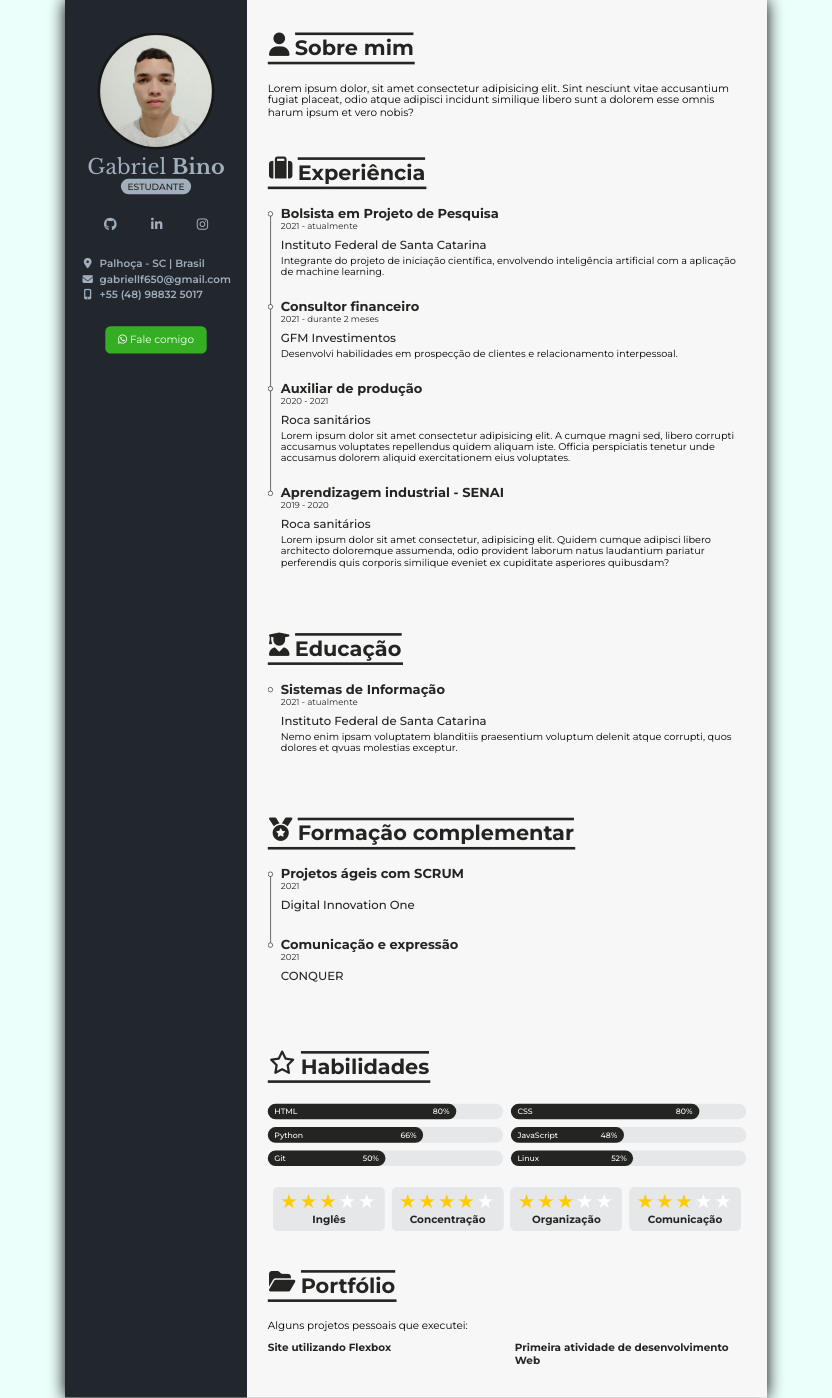
Repository: gabrielbino/curriculoResponsivo
Page: index.html
These files come from the project's save history. The page is drawn as it stood at one moment and after the next save; the edit follows.
The browser window is 1280 px wide. The pictures show the whole page, at 65% of full size.
Some web libraries are served in a nearby version.

Above is the page before, as saved 2021-10-20 23:14:08.

### index.html
<!DOCTYPE html>
<html lang="pt-br">
  <head>
    <meta charset="UTF-8" />
    <meta name="viewport" content="width=device-width, initial-scale=1" />
    <link
      rel="stylesheet"
      href="https://cdnjs.cloudflare.com/ajax/libs/normalize/8.0.1/normalize.min.css"
      integrity="sha512-NhSC1YmyruXifcj/KFRWoC561YpHpc5Jtzgvbuzx5VozKpWvQ+4nXhPdFgmx8xqexRcpAglTj9sIBWINXa8x5w=="
      crossorigin="anonymous"
      referrerpolicy="no-referrer"
    />
    <script
      src="https://kit.fontawesome.com/a6ac7cca8d.js"
      crossorigin="anonymous"
    ></script>
    <link rel="stylesheet" href="css/style.css" />
    <link rel="shortcut icon" href="img/favicon.ico" />
    <title>CV do Gabriel</title>
  </head>
  <body>
    <main>
      <aside>
        <div class="sidebar">
          <img
            class="profile-picture"
            src="./img/option_profile.jpeg"
            alt="Gabriel Bino"
          />
          <h1 class="title-name"><span>Gabriel</span> Bino</h1>
          <h3 class="subtitle-role">Estudante</h3>
          <div class="social-links">
            <a href="https://github.com/gabrielbino" target="_blank">
              <i class="fab fa-github"></i>
            </a>
            <a
              href="https://www.linkedin.com/in/gabriel-fernandes-bino-456499195/"
              target="_blank"
            >
              <i class="fab fa-linkedin-in"></i>
            </a>
            <!-- <a href="https://twitter.com/theleoad" target="_blank">
              <i class="fab fa-twitter"></i>
            </a> -->
            <a href="https://www.instagram.com/gabrielfbino/" target="_blank">
              <i class="fab fa-instagram"></i>
            </a>
          </div>
          <ul class="personal-data">
            <li>
              <i class="fas fa-map-marker-alt"></i>
              <span>Palhoça - SC | Brasil</span>
            </li>
            <li>
              <i class="fas fa-envelope"></i>
              <a href="mailto:galbriellf650@gmail.com"
                >gabriellf650@gmail.com</a
              >
            </li>
            <li>
              <i class="fas fa-mobile-alt"></i>
              <a href="tel:+5548988325017">+55 (48) 98832 5017</a>
            </li>
          </ul>
          <a
            class="download-button"
            href="https://wa.me/+5548988325017"
            target="_blank"
          >
            <i class="fab fa-whatsapp"></i>
            <span>Fale comigo</span>
          </a>
        </div>
      </aside>
      <section>
        <article>
          <div class="article-title-wrapper">
            <i class="fas fa-user"></i>
            <h2 class="article-title">Sobre mim</h2>
          </div>
          <p>
            Lorem ipsum dolor, sit amet consectetur adipisicing elit. Sint
            nesciunt vitae accusantium fugiat placeat, odio atque adipisci
            incidunt similique libero sunt a dolorem esse omnis harum ipsum et
            vero nobis?
          </p>
        </article>
        <article>
          <div class="article-title-wrapper">
            <i class="fas fa-suitcase"></i>
            <h2 class="article-title">Experiência</h2>
          </div>
          <ul class="timeline">
            <li>
              <h4 class="timeline-title">Bolsista em Projeto de Pesquisa</h4>
              <h5 class="timeline-time">2021 - atualmente</h5>
              <h6 class="timeline-place">
                Instituto Federal de Santa Catarina
              </h6>
              <p class="timeline-text">
                Integrante do projeto de iniciação científica, envolvendo
                inteligência artificial com a aplicação de machine learning.
              </p>
            </li>
            <li>
              <h4 class="timeline-title">Consultor financeiro</h4>
              <h5 class="timeline-time">2021 - durante 2 meses</h5>
              <h6 class="timeline-place">GFM Investimentos</h6>
              <p class="timeline-text">
                Desenvolvi habilidades em prospecção de clientes e
                relacionamento interpessoal.
              </p>
            </li>
            <li>
              <h4 class="timeline-title">Auxiliar de produção</h4>
              <h5 class="timeline-time">2020 - 2021</h5>
              <h6 class="timeline-place">Roca sanitários</h6>
              <p class="timeline-text">
                Lorem ipsum dolor sit amet consectetur adipisicing elit. A
                cumque magni sed, libero corrupti accusamus voluptates
                repellendus quidem aliquam iste. Officia perspiciatis tenetur
                unde accusamus dolorem aliquid exercitationem eius voluptates.
              </p>
            </li>
            <li>
              <h4 class="timeline-title">Aprendizagem industrial - SENAI</h4>
              <h5 class="timeline-time">2019 - 2020</h5>
              <h6 class="timeline-place">Roca sanitários</h6>
              <p class="timeline-text">
                Lorem ipsum dolor sit amet consectetur, adipisicing elit. Quidem
                cumque adipisci libero architecto doloremque assumenda, odio
                provident laborum natus laudantium pariatur perferendis quis
                corporis similique eveniet ex cupiditate asperiores quibusdam?
              </p>
            </li>
          </ul>
        </article>
        <article>
          <div class="article-title-wrapper">
            <i class="fas fa-user-graduate"></i>
            <h2 class="article-title">Educação</h2>
          </div>
          <ul class="timeline">
            <li>
              <h4 class="timeline-title">Sistemas de Informação</h4>
              <h5 class="timeline-time">2021 - atualmente</h5>
              <h6 class="timeline-place">
                Instituto Federal de Santa Catarina
              </h6>
              <p class="timeline-text">
                Nemo enim ipsam voluptatem blanditiis praesentium voluptum
                delenit atque corrupti, quos dolores et qvuas molestias
                exceptur.
              </p>
            </li>
          </ul>
        </article>
        <article>
          <div class="article-title-wrapper">
            <i class="fas fa-medal"></i>
            <h2 class="article-title">Formação complementar</h2>
          </div>
          <ul class="timeline">
            <li>
              <h4 class="timeline-title">Projetos ágeis com SCRUM</h4>
              <h5 class="timeline-time">2021</h5>
              <h6 class="timeline-place">Digital Innovation One</h6>
            </li>
            <li>
              <h4 class="timeline-title">Comunicação e expressão</h4>
              <h5 class="timeline-time">2021</h5>
              <h6 class="timeline-place">CONQUER</h6>
            </li>
          </ul>
        </article>
        <article>
          <div class="article-title-wrapper">
            <i class="far fa-star"></i>
            <h2 class="article-title">Habilidades</h2>
          </div>
          <div class="skills-container">
            <div class="progress">
              <div class="progress-bar" role="progressbar" style="width: 80%">
                <div class="progress-text">
                  <span>HTML</span>
                  <span>80%</span>
                </div>
              </div>
            </div>
            <div class="progress">
              <div class="progress-bar" role="progressbar" style="width: 80%">
                <div class="progress-text">
                  <span>CSS</span>
                  <span>80%</span>
                </div>
              </div>
            </div>
            <div class="progress">
              <div class="progress-bar" role="progressbar" style="width: 66%">
                <div class="progress-text">
                  <span>Python</span>
                  <span>66%</span>
                </div>
              </div>
            </div>
            <div class="progress">
              <div class="progress-bar" role="progressbar" style="width: 48%">
                <div class="progress-text">
                  <span>JavaScript</span>
                  <span>48%</span>
                </div>
              </div>
            </div>
            <div class="progress">
              <div class="progress-bar" role="progressbar" style="width: 50%">
                <div class="progress-text">
                  <span>Git</span>
                  <span>50%</span>
                </div>
              </div>
            </div>
            <div class="progress">
              <div class="progress-bar" role="progressbar" style="width: 52%">
                <div class="progress-text">
                  <span>Linux</span>
                  <span>52%</span>
                </div>
              </div>
            </div>
          </div>
          <div class="soft-skills">
            <div class="soft-skill">
              <div class="soft-skill-rating" style="--rating: 3"></div>
              <h4 class="soft-skill-label">Inglês</h4>
            </div>
            <div class="soft-skill">
              <div class="soft-skill-rating" style="--rating: 4"></div>
              <h4 class="soft-skill-label">Concentração</h4>
            </div>
            <div class="soft-skill">
              <div class="soft-skill-rating" style="--rating: 3"></div>
              <h4 class="soft-skill-label">Organização</h4>
            </div>
            <div class="soft-skill">
              <div class="soft-skill-rating" style="--rating: 3"></div>
              <h4 class="soft-skill-label">Comunicação</h4>
            </div>
          </div>
        </article>
        <article>
          <div class="article-title-wrapper">
            <i class="fas fa-folder-open"></i>
            <h2 class="article-title">Portfólio</h2>
          </div>
          <p>Alguns projetos pessoais que executei:</p>
          <div class="portfolio">
            <a href="https://staticflexbox.netlify.app/" class="portfolio-item">
              Site utilizando Flexbox
            </a>
            <a href="https://anatomiahtml.netlify.app/" class="portfolio-item">
              Primeira atividade de desenvolvimento Web
            </a>
            <a href="#" class="portfolio-item">
              <div></div>
            </a>
            <a href="#" class="portfolio-item">
              <div></div>
            </a>
          </div>
        </article>
      </section>
    </main>
  </body>
</html>

### css/style.css
@import url("https://fonts.googleapis.com/css2?family=Libre+Baskerville:wght@400;700&family=Montserrat:wght@400;500;600;700&display=swap");

* {
  box-sizing: border-box;
}

img {
  max-width: 100%;
}

body {
  background-color: #ebfffb;
  color: black;
  font-family: "Montserrat", sans-serif;
}

main {
  background-color: #ebfffb;
  box-shadow: 0 0 1.5rem;
  display: flex;
  margin: 0 auto;
  max-width: 1080px;
  min-height: 100vh;
  width: 100%;
}

aside {
  background-color: #22272e;
  padding: 50px 0 16px;
  width: 280px;
}

.sidebar {
  align-items: center;
  display: flex;
  flex-direction: column;
  position: sticky;
  top: 16px;
  width: 100%;
}

.profile-picture {
  border-radius: 50%;
  border: solid 4px #181817;
  width: 180px;
}

.title-name {
  color: #a2aebb;
  font-family: "Libre Baskerville", serif;
  font-weight: 700;
  margin: 8px 0 0;
}

.title-name span {
  font-weight: 500;
}

.subtitle-role {
  background: #a2aebb;
  border-radius: 12px;
  color: #242423;
  font-size: 14px;
  font-weight: 500;
  margin: 0;
  padding: 4px 10px;
  text-transform: uppercase;
}

.social-links {
  display: flex;
  font-size: 20px;
  justify-content: space-between;
  margin: 36px 0;
  width: 160px;
}

.social-links a {
  color: #a2aebb;
}

.social-links a:hover {
  color: #e8eddf;
}

.personal-data {
  list-style-type: none;
  margin: 0;
  padding: 0;
}

.personal-data li {
  color: #a2aebb;
  font-weight: 600;
  line-height: 1.5;
}

.personal-data li a {
  color: inherit;
  text-decoration: none;
}

.personal-data i {
  margin-right: 4px;
  text-align: center;
  width: 20px;
}

.download-button {
  background: #34af23;
  border-radius: 8px;
  color: white;
  display: block;
  margin: 36px 0;
  padding: 12px 20px;
  text-decoration: none;
}

section {
  background-color: #f7f7f7;
  padding: 50px 32px 0;
  width: calc(100% - 280px);
}

article:not(:last-of-type) {
  margin-bottom: 60px;
}

.article-title-wrapper {
  align-items: center;
  border-bottom: 4px solid;
  color: #242423;
  display: inline-flex;
  margin-bottom: 12px;
  padding: 0 2px;
}
.article-title-wrapper i {
  font-size: 36px;
  margin: -8px 8px 0 0;
}

.article-title {
  border-top: 4px solid;
  color: #242423;
  font-size: 32px;
  font-weight: 800;
  margin: 0 0 2px;
  padding-top: 2px;
}

.timeline {
  list-style: none;
  margin: 20px 0;
  padding: 0;
}

.timeline li {
  margin: 0;
  padding: 2px 0 40px 20px;
  position: relative;
}

.timeline li::after {
  background-color: #fff;
  border-radius: 50%;
  border: 1px solid #242423;
  box-sizing: border-box;
  content: "";
  display: inline-block;
  height: 8px;
  left: 0;
  position: absolute;
  top: 2px;
  width: 8px;
}

.timeline li:not(:last-of-type)::before {
  background-color: #242423;
  content: "";
  height: 100%;
  left: 3.5px;
  position: absolute;
  top: calc(0.5em - 4px);
  width: 1px;
}

.timeline-title {
  color: #242423;
  font-size: 20px;
  margin: -8px 0 0;
}

.timeline-time {
  color: #242423;
  font-weight: 400;
  margin: 0;
}

.timeline-place {
  color: #242423;
  font-size: 18px;
  font-weight: 500;
  margin: 12px 0 4px;
}

.timeline-text {
  font-size: 15px;
  margin: 0;
}

.skills-container {
  display: flex;
  flex-wrap: wrap;
  justify-content: space-between;
  margin: 20px 0;
}

.progress {
  background-color: rgba(68, 86, 108, 0.1);
  border-radius: 20px;
  display: flex;
  font-size: 0.75rem;
  height: 1.5rem;
  margin-bottom: 12px;
  width: calc(50% - 6px);
}

.progress-bar {
  align-items: center;
  background-color: #242423;
  border-radius: 20px;
  color: #fff;
  font-weight: 500;
  display: flex;
  padding: 0 10px;
}

.progress-text {
  display: flex;
  justify-content: space-between;
  width: 100%;
}

.soft-skills {
  display: flex;
  justify-content: space-between;
  padding: 0 8px;
}

.soft-skill {
  background-color: rgba(68, 86, 108, 0.1);
  border-radius: 8px;
  padding: 8px;
  text-align: center;
  width: calc(25% - 8px);
}

.soft-skill-rating {
  --percent: calc(var(--rating) / 5 * 100%);
  display: inline-block;
  font-family: Times;
  font-size: 30px;
  line-height: 1;
}

.soft-skill-rating::before {
  background-clip: text;
  background: linear-gradient(90deg, #fc0 var(--percent), #fff var(--percent));
  content: "★★★★★";
  letter-spacing: 3px;
  -webkit-background-clip: text;
  -webkit-text-fill-color: transparent;
}

.soft-skill-label {
  color: #242423;
  margin: 4px 0 0;
}

.portfolio {
  display: flex;
  flex-wrap: wrap;
  justify-content: space-between;
}

.portfolio-item {
  margin-bottom: 24px;
  color: #242423;
  font-weight: 800;
  text-decoration: none;
  width: calc(50% - 12px);
}

@media (max-width: 1024px) {
  .soft-skills {
    flex-wrap: wrap;
  }

  .soft-skill {
    margin: 4px;
    width: calc(50% - 8px);
  }
}

@media (max-width: 768px) {
  main {
    display: block;
  }

  aside,
  section {
    width: 100%;
  }

  section {
    padding: 32px 16px 0;
  }

  .article-title-wrapper {
    display: flex;
    padding: 0;
  }

  .progress,
  .soft-skill,
  .portfolio-item,
  .article-title {
    width: 100%;
  }

  .portfolio-item {
    text-align: center;
  }
}

After the next save:
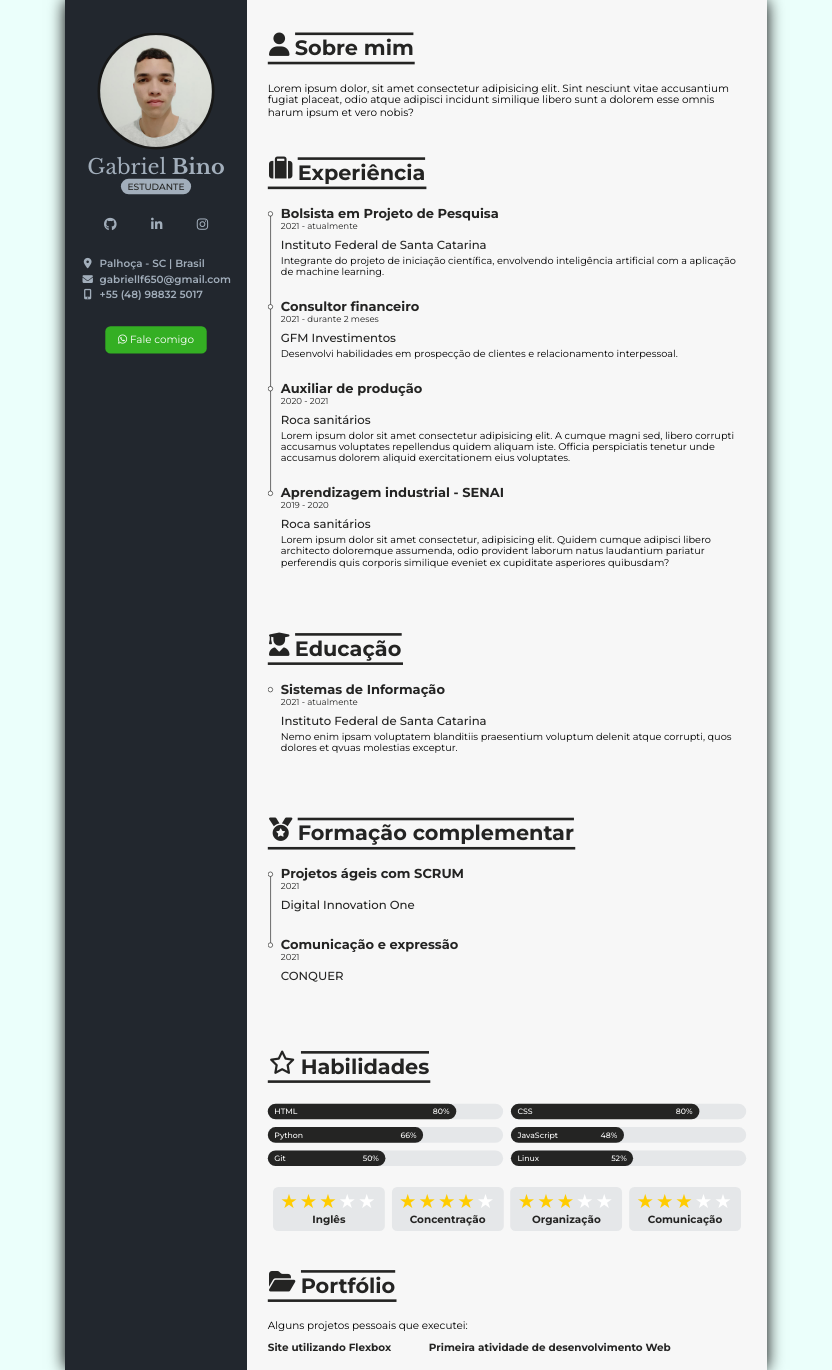
Saved 31 s later.
--- a/css/style.css
+++ b/css/style.css
@@ -288,7 +288,6 @@ article:not(:last-of-type) {
   color: #242423;
   font-weight: 800;
   text-decoration: none;
-  width: calc(50% - 12px);
 }
 
 @media (max-width: 1024px) {
